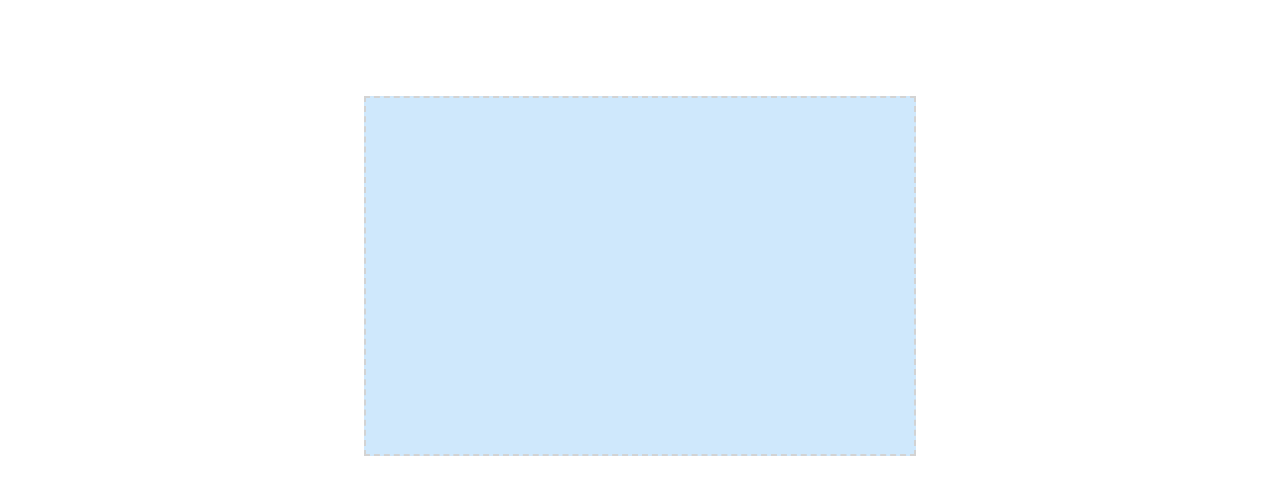
Repository: BhushanPatil-121/pdf-upload-nextjs
Page: /
These files come from the project's save history. The page is drawn as it stood at one moment and after the next save; the edit follows.
The browser window is 1280 px wide. The pictures show the whole page.
The project was rebuilt for these pictures with package versions that can differ from the ones it lists, and the page was loaded fresh each time. The framework's server and built-in components were replaced by stand-ins that run in the browser. Also part of the build but not shown: next.config.mjs.

Above is the page before, as saved 2024-02-29 11:30:24.

After the next save:
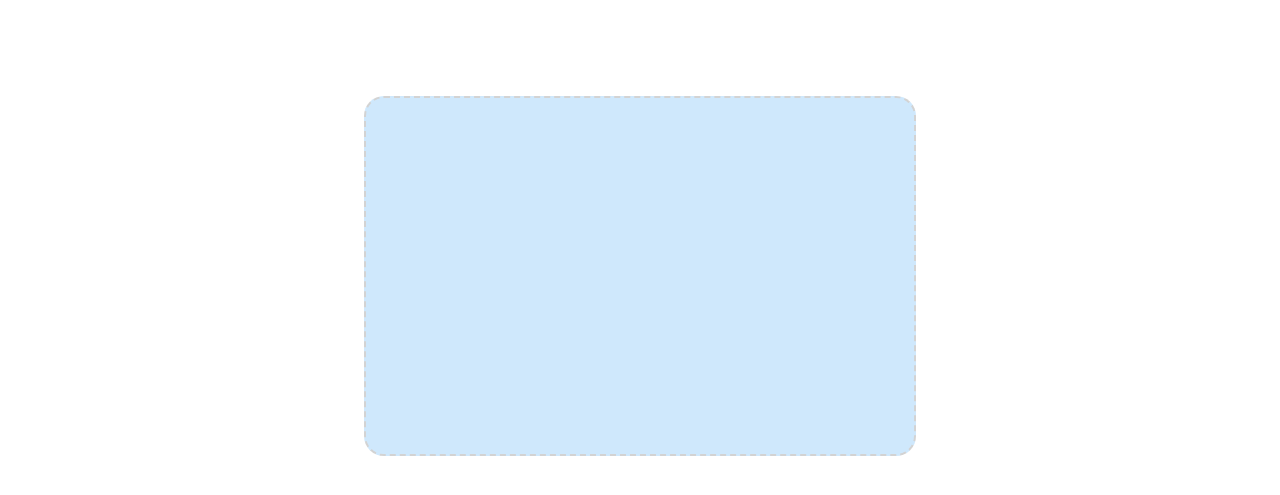
Saved 18 s later.
--- a/src/app/page.module.css
+++ b/src/app/page.module.css
@@ -13,7 +13,8 @@
   flex-direction: column;
   justify-content: center;
   align-items: center;
-  padding: 0px 150px;
+  padding: 50px 100px;
+  border-radius: 20px;
   border: dashed 2px lightgrey;
 }
 
